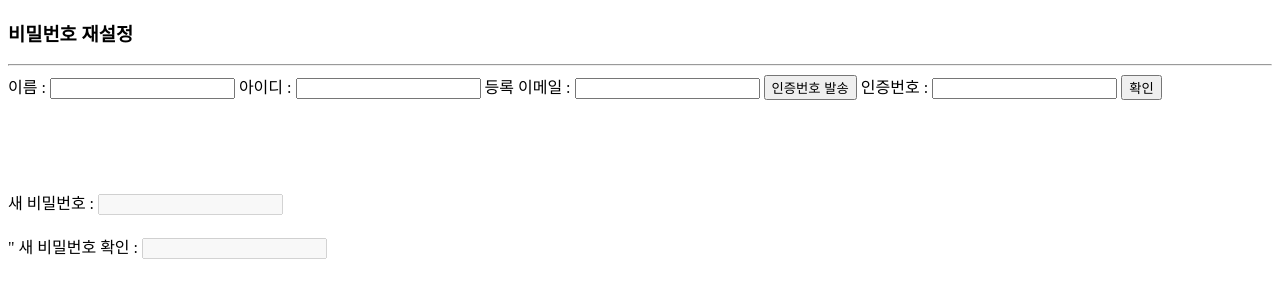
Repository: ssookkii/BusyBee
Page: http://localhost/BusyBee/WEB-INF/views/noTiles/newPassword.jsp
The author's editor kept a copy of each file at every save. The page is drawn from the files as they stood at one save, then again after the next save.
The browser window is 1280 px wide. The pictures show the whole page.
The page is served by Tomcat 9. Nobody is signed in. The template is opened directly, without the code that normally fills it, so the values that code supplies are empty.

Above is the page before, as saved 2023-03-18 07:46:20.

After the next save:
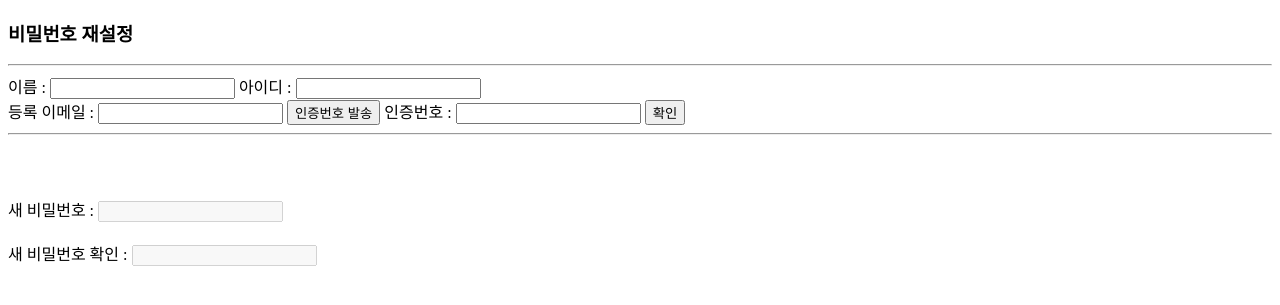
Saved 101 s later.
--- a/BusyBee/src/main/webapp/WEB-INF/views/noTiles/newPassword.jsp
+++ b/BusyBee/src/main/webapp/WEB-INF/views/noTiles/newPassword.jsp
@@ -13,14 +13,15 @@
 <hr>
 이름 : <input type="text" id="name">
 아이디 : <input type="text" id="id">
+<br>
 등록 이메일 : <input type="text" id="email">
 <button type="button" onclick="isExist()">인증번호 발송</button>
 인증번호 : <input type='text' id='certNum' > <button type='button' onclick='checkCert()' >확인</button>
-<br><br><br>
+<hr>
 
 <br><br><br>
 새 비밀번호 : <input type='text' id='pwd1' disabled="disabled">
-<h3 id='pwdCheck1'></h3>"
+<h3 id='pwdCheck1'></h3>
 새 비밀번호 확인 : <input type='text' id='pwd2' disabled="disabled">
 <h3 id='pwdCheck2'></h3>
 
@@ -110,6 +111,8 @@ function checkCert(){
 				if(msg=="cert_SUCCESS") {
 					alert("인증되었습니다. 이어서 비밀번호를 재설정해주세요.");
 					$("#certNum").attr('disabled', true);
+					$("#pwd1").attr('disabled', true);
+					$("#pwd2").attr('disabled', true);
 				} else {
 					$("certNum").val('');
 					alert("잘못된 인증번호입니다. 다시 확인해주세요");
